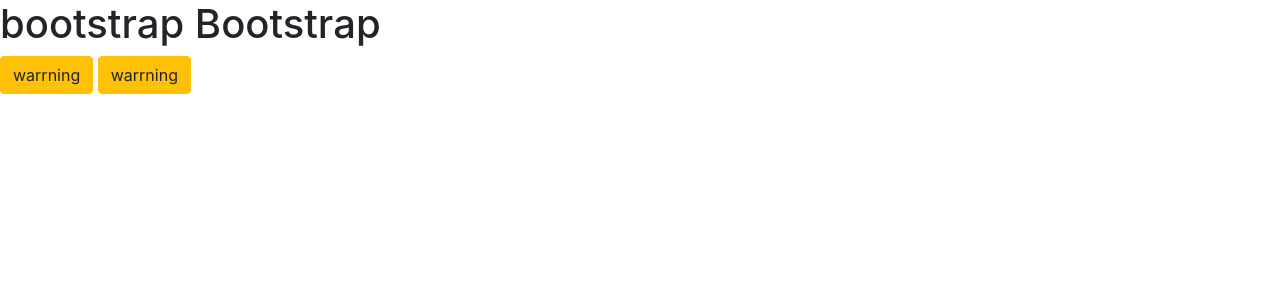
Repository: Mietlicha/exercise2
Page: index.html
The author's editor kept a copy of each file at every save. The page is drawn from the files as they stood at one save, then again after the next save.
The browser window is 1280 px wide. The pictures show the whole page.

Above is the page before, as saved 2019-10-22 16:46:52.

After the next save:
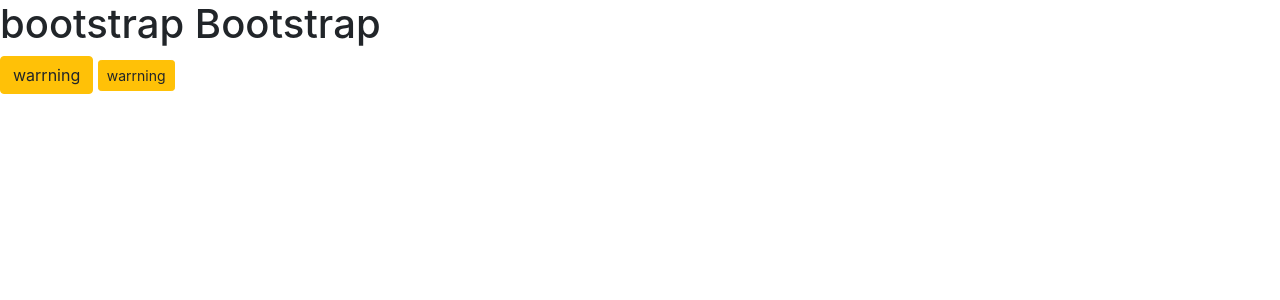
Saved 36 s later.
--- a/index.html
+++ b/index.html
@@ -11,6 +11,6 @@
 <body>
     <h1>bootstrap Bootstrap</h1>
     <button class="btn btn-warning">warrning</button>
-    <button class="btn btn-warning .btn-lg">warrning</button>
+    <button class="btn btn-warning btn-sm">warrning</button>
 </body>
 </html>
